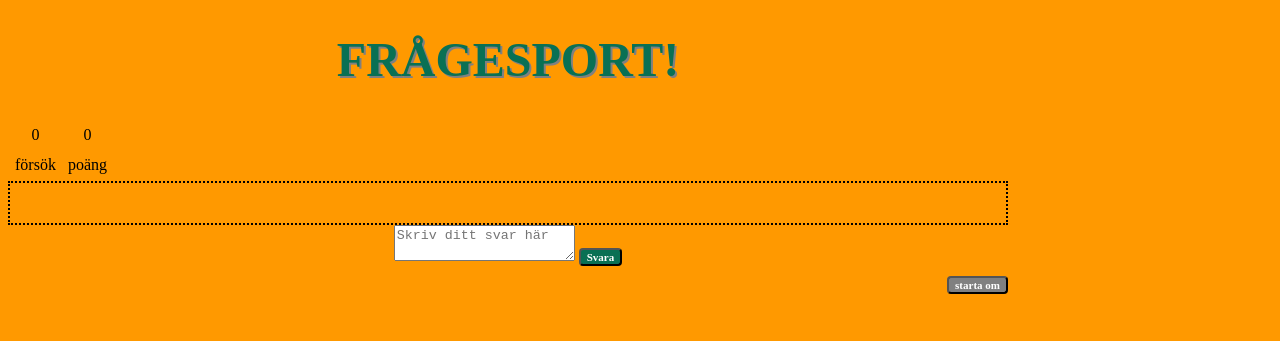
Repository: mi222ep/1dv403-laborationer
Page: 5-projektet/index.html
The author's editor kept a record of every edit. The page is drawn from the files as they stood at one moment, then again after the next edit.
The browser window is 1280 px wide. The pictures show the whole page.

Above is the page before.
Console error: TypeError: Cannot set properties of null (setting 'onmousedown')

After the next edit:
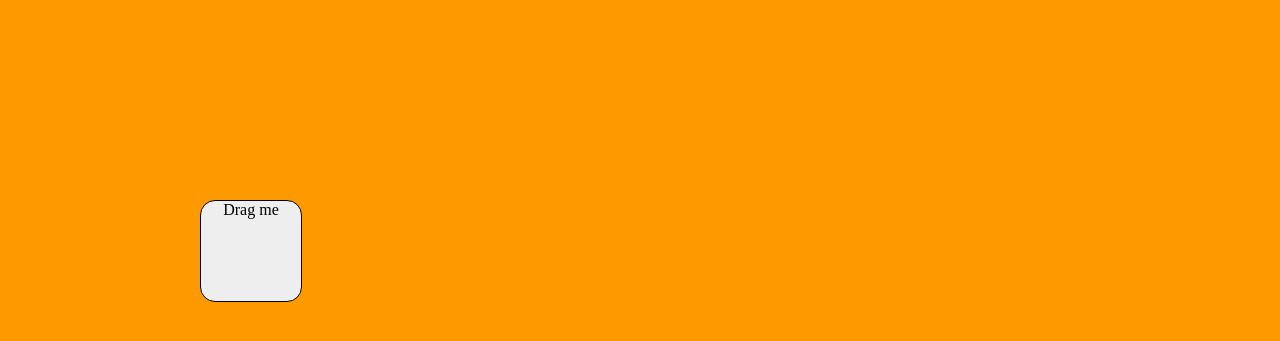
The error is gone.
The edit:
--- a/5-projektet/index.html
+++ b/5-projektet/index.html
@@ -7,26 +7,8 @@
     <script type="text/javascript" src="script/script.js"></script>
 </head>
 <body>
-  <h1>FRÅGESPORT!</h1>
-  <div id="wrapper">
-    <table>
-  <tr>
-    <td id="tries">0</td>
-    <td id="score">0</td>
-
-    <td rowspan ="2" id ="bajs"> </td>
-  </tr>
-  <tr>
-    <td>försök</td>
-    <td>poäng</td>
-  </tr>
-</table>
-    <div id="question"></div>
-    <div id="inputArea">
-    <textarea type="text" id="answer" placeholder="Skriv ditt svar här"></textarea>
-    <input type="submit" id="knapp"  value="Svara" />
-      </div>
-      <input type="submit" id="restart" value="starta om" />
-      </div>
+  <div id="dragme">
+Drag me
+</div>
 </body>
 </html>
